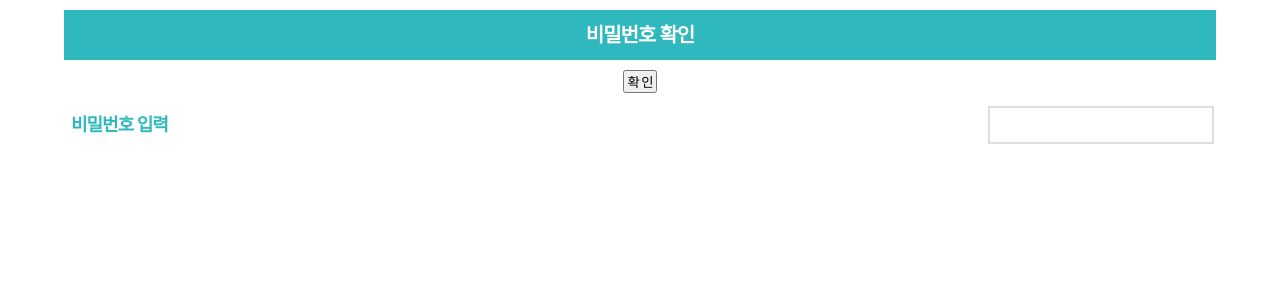
Repository: InhoKang92/jsp_1018
Page: http://localhost/Web_01/review/reviewCheckPass.jsp
The author's editor kept a copy of each file at every save. The page is drawn from the files as they stood at one save, then again after the next save.
The browser window is 1280 px wide. The pictures show the whole page.
Some web fonts or font styles are not loaded; a fallback is used. The page is served by Tomcat 9. Other server files are loaded and not shown.

Above is the page before, as saved 2024-10-17 02:02:55.

### Web_01/src/main/webapp/review/reviewCheckPass.jsp
<%@ page language="java" contentType="text/html; charset=UTF-8"
pageEncoding="UTF-8"%>
<!DOCTYPE html>
<html>
<head>
<meta charset="UTF-8">

<link rel="stylesheet" href="css/reset.css">
<link rel="stylesheet" href="css/passcheck.css">
<script type="text/javascript" src="script/review.js"></script>

<title>모던하우스 비밀번호 확인</title>
</head>
<body>

<div align="center">
      <h1 class="title_box">비밀번호 확인</h1>
      <form action="ModernServlet" name="frm" method="get">
        <input type="hidden" name="command" value="review_check_pass">
        <input type="hidden" name="num" value="${param.num}">
        <table class="input_box">
          <tr>
            <th>비밀번호 입력</th>
            <td><input type="password" name="pass" size="20"></td>
            <input class="btn" type="submit" value=" 확 인 " onclick="return passCheck()">
          </tr>
        </table>
        <br>
         <br>
        <br>
        <p class="text">${message}</p>
      </form>
     </div>

</body>
</html>

### Web_01/src/main/webapp/css/reset.css
@charset "utf-8";

@font-face {
    font-family: 'Pretendard-Regular';
    src: url('https://fastly.jsdelivr.net/gh/Project-Noonnu/noonfonts_2107@1.1/Pretendard-Regular.woff') format('woff');
    font-weight: 400;
    font-style: normal;
}

/* CSS 리셋 */
* {
    margin: 0;
    padding: 0;
    color: #000;
    list-style: none;
    text-decoration: none;
    box-sizing: border-box;
    line-height: 1.5;
    letter-spacing: -1px;
    font-family: 'Pretendard-Regular';
}

### Web_01/src/main/webapp/css/passcheck.css
@charset "utf-8";

.title_box {
    width: 90%;
    background-color: #2fb8bd;
    border: none;
    color: #fff;
    font-size: 20px;
    padding: 10px;
    text-align: center;
    margin: 10px auto;
}

.input_box {
    width: 90%;
    margin: 10px auto 0;
}
.input_box tr {
    display: flex;
    gap: 10px;
    align-items: center;
    justify-content: space-between;
}

.input_box th {
    display: inline-block;
    border: none;
	color: #2fb8bd;
    padding: 5px;
    font-size: 18px;
}

.input_box td:nth-child(2)>input {
	display: inline-block;
	border: 2px solid #ddd;
	padding: 5px 11px;
    font-size: 16px;
}

.input_box td:nth-child(3)>.btn {
	display: inline-block;
	border: none;
	background-color: #2fb8bd;
	color: #fff;
	padding: 6px 15px;
    font-size: 16px;
    cursor: pointer;
}

.text {
	width: 90%;
	text-align: left;
	font-size: 18px;
	padding-left: 7px;
	margin: 10px auto 0;
	color: red;
}

### Web_01/src/main/webapp/script/review.js
function reviewCheck() {
	if (document.frm.username.value.length == 0) {
		alert("작성자를 입력하세요.");
		return false;
	}
	if (document.frm.pass.value.length == 0) {
		alert("비밀번호를 입력하세요.");
		return false;
	}

	return true;
}

function open_win(url, name) {
	window.open(url, name, "width=500, height=230");
}

function passCheck() {
	if (document.frm.pass.value.length == 0) {
		alert("비밀번호를 입력하세요.");
		return false;
	}
	return true;
}

After the next save:
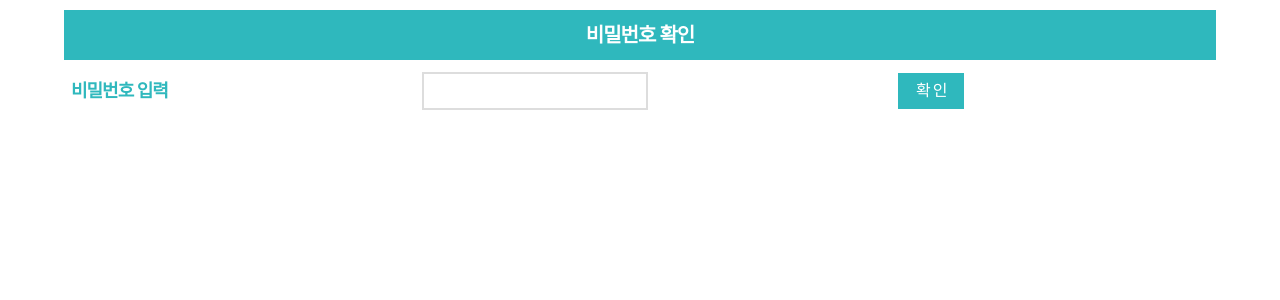
Saved 8 s later.
--- a/Web_01/src/main/webapp/review/reviewCheckPass.jsp
+++ b/Web_01/src/main/webapp/review/reviewCheckPass.jsp
@@ -22,7 +22,7 @@ pageEncoding="UTF-8"%>
           <tr>
             <th>비밀번호 입력</th>
             <td><input type="password" name="pass" size="20"></td>
-            <input class="btn" type="submit" value=" 확 인 " onclick="return passCheck()">
+            <td><input class="btn" type="submit" value=" 확 인 " onclick="return passCheck()"><td>
           </tr>
         </table>
         <br>
